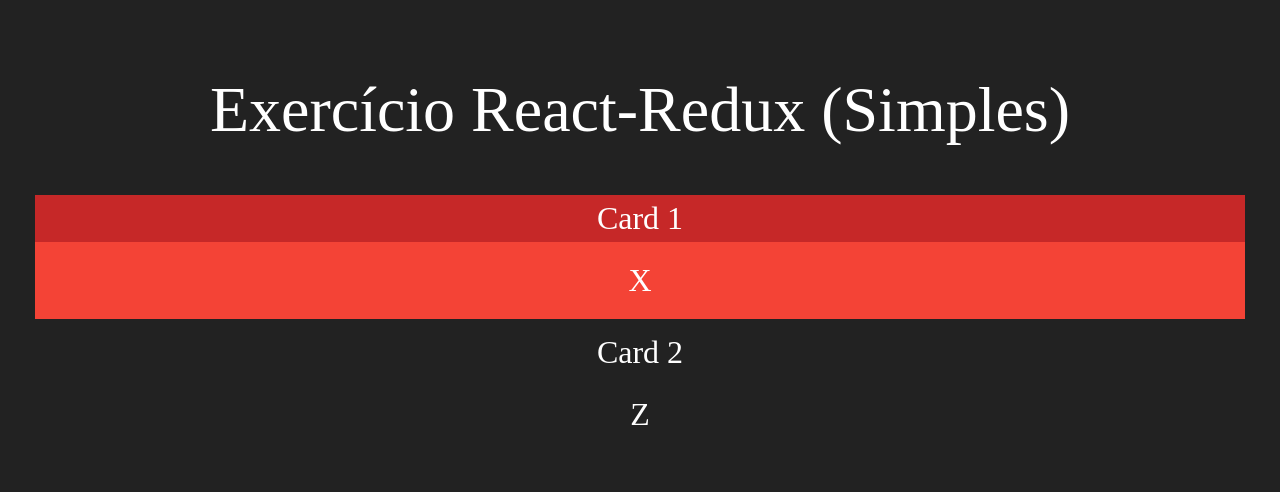
Repository: eversonps/redux-simples
Page: /
The author's editor kept a copy of each file at every save. The page is drawn from the files as they stood at one save, then again after the next save.
The browser window is 1280 px wide. The pictures show the whole page.
The project was rebuilt for these pictures with package versions that can differ from the ones it lists, and the page was loaded fresh each time.

Above is the page before, as saved 2022-03-10 17:56:17.

After the next save:
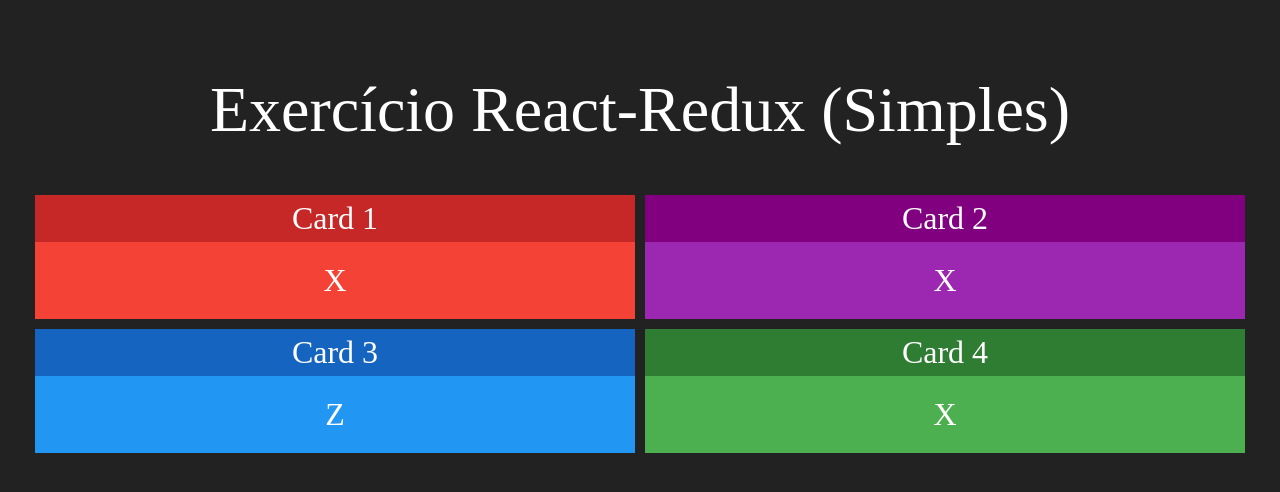
Saved 54 s later.
--- a/src/App.js
+++ b/src/App.js
@@ -7,9 +7,11 @@ function App() {
       <h1>Exercício React-Redux (Simples)</h1>
       <div className='linha'>
         <Card title="Card 1" red>X</Card>
+        <Card title="Card 2" purple>X</Card>
       </div>
       <div className='linha'>
-        <Card title="Card 2">Z</Card>
+        <Card title="Card 3" blue>Z</Card>
+        <Card title="Card 4" green>X</Card>
       </div>
     </div>
   );
